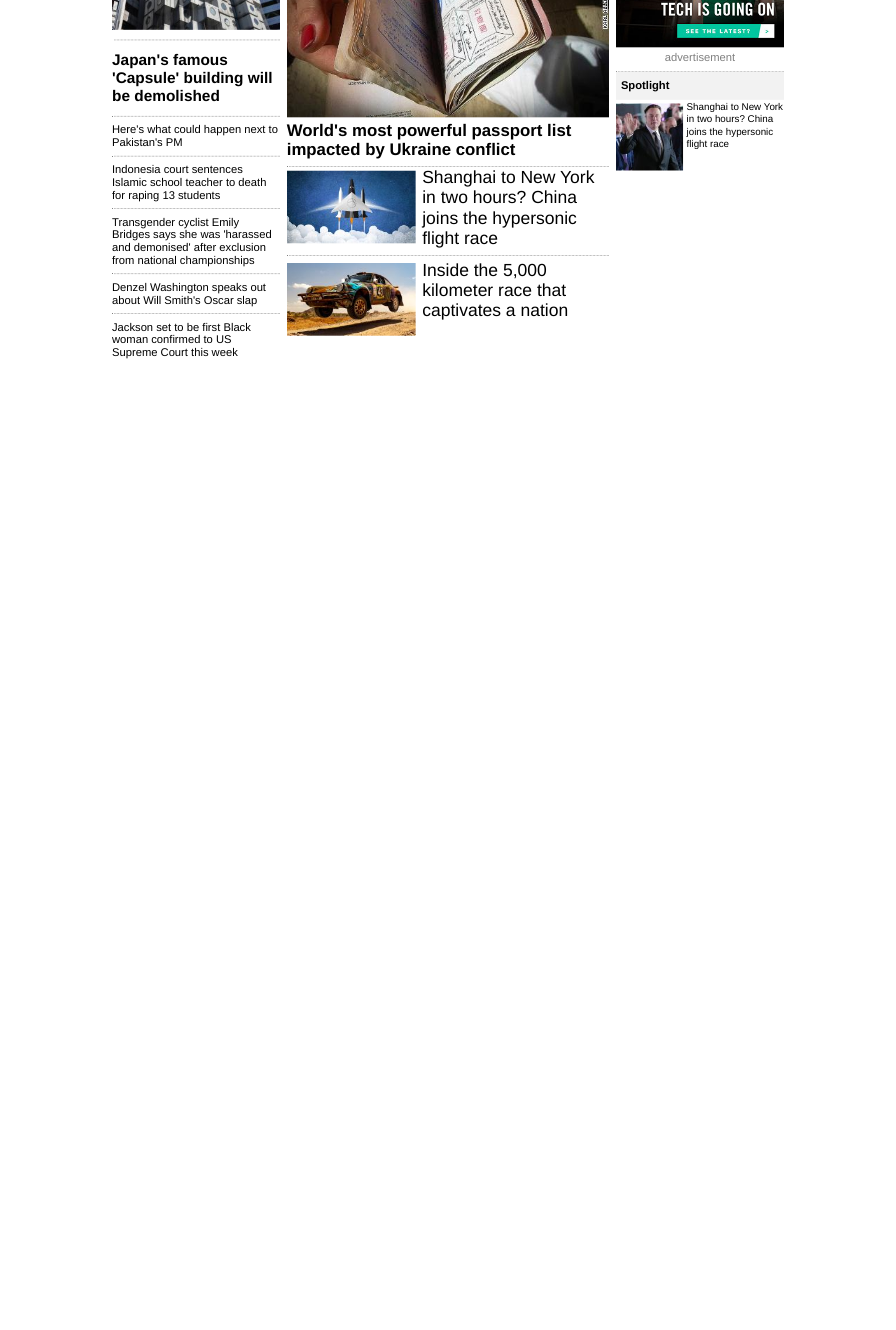
Repository: Vu14082002/WebTinTuc
Page: index.html
An editor plug-in stored every save of this project. The page is shown before and after the next save, followed by the edit.
The browser window is 1280 px wide. The pictures show the part of the page from y = 1542 to 3442 px (the page is 11183 px tall), at 70% of full size.
A picture or video elsewhere on the page could not be fetched, so the positions and the page height are approximate. Some web libraries are served in a nearby version.

Above is the page before, as saved 2022-04-05 20:36:55.

After the next save:
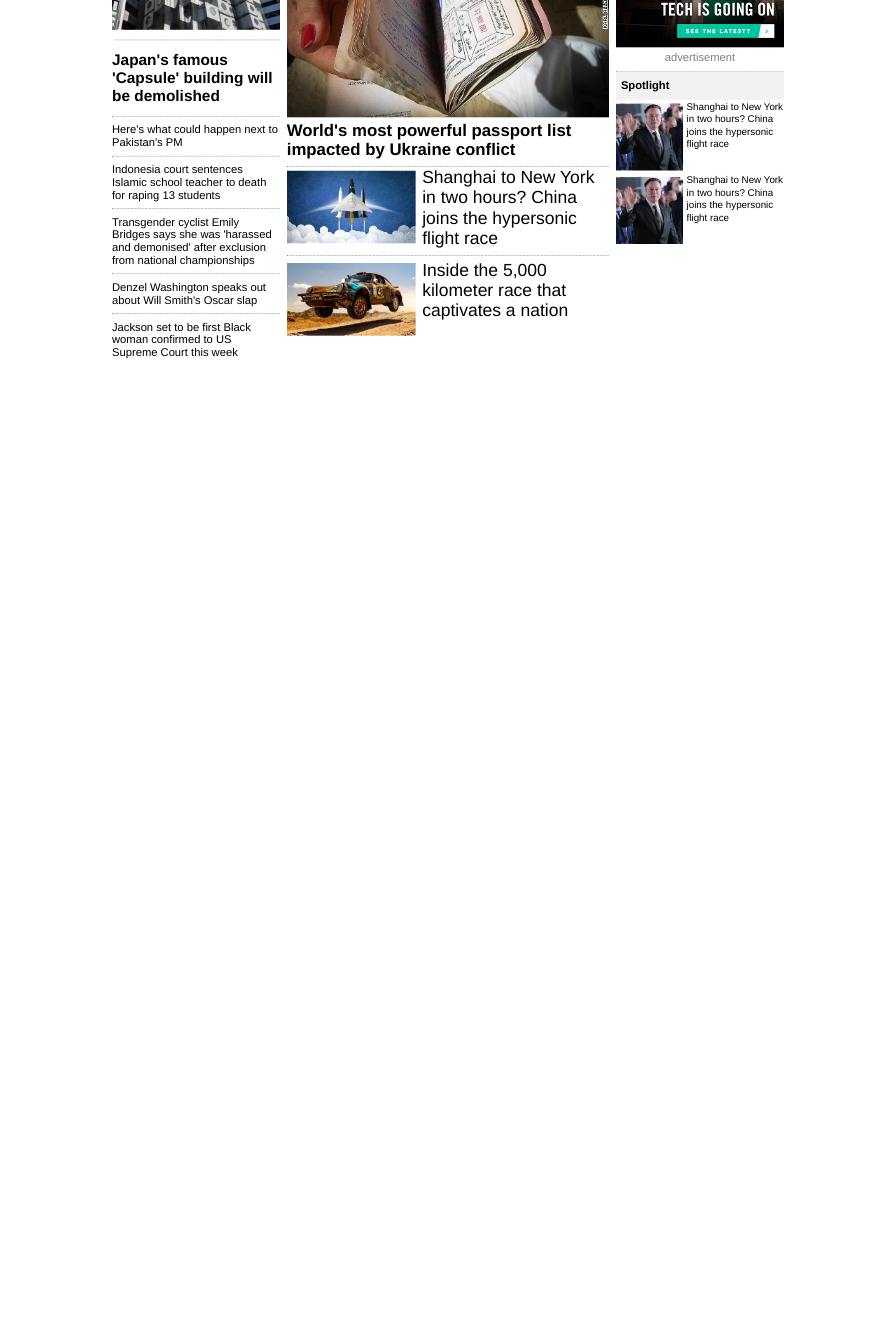
Saved 36 s later.
--- a/index.html
+++ b/index.html
@@ -383,6 +383,19 @@
               </div>
             </div>
 
+            <div class="hang1">
+              <div class="hang1_trai">
+                <img src="/Image/index/ElonMush.jpg" alt="anh ElonMush">
+              </div>
+              <div class="hang1_phai">
+                <p>
+                  <a href="https://edition.cnn.com/travel/article/china-hypersonic-flights-cmd/index.html" target="_blank">
+                  Shanghai to New York in two hours? China joins the hypersonic flight race
+                  </a>
+                </p>
+              </div>
+            </div>
+
 
           </div>
         </div>
